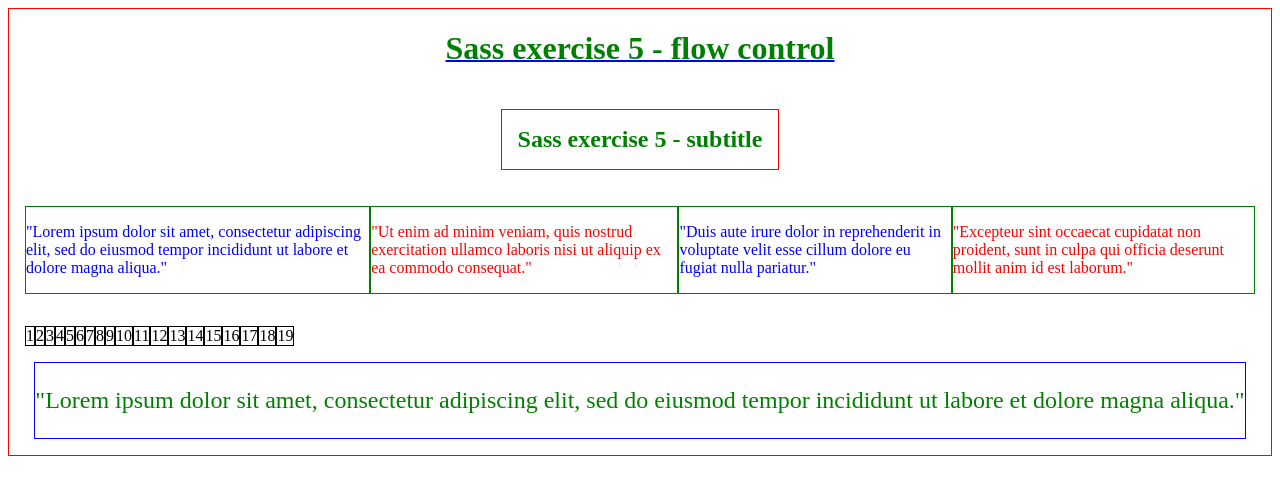
Repository: tr2cky/sass5
Page: index.html
An editor plug-in stored every save of this project. The page is shown before and after a run of saves, followed by the edit.
The browser window is 1280 px wide. The pictures show the whole page.
The style sheet was rebuilt from its Sass, Less or Tailwind sources for each picture, by a compiler version that may differ from the author's.

Above is the page before, as saved 2022-10-16 12:18:39.

After the next 8 saves:
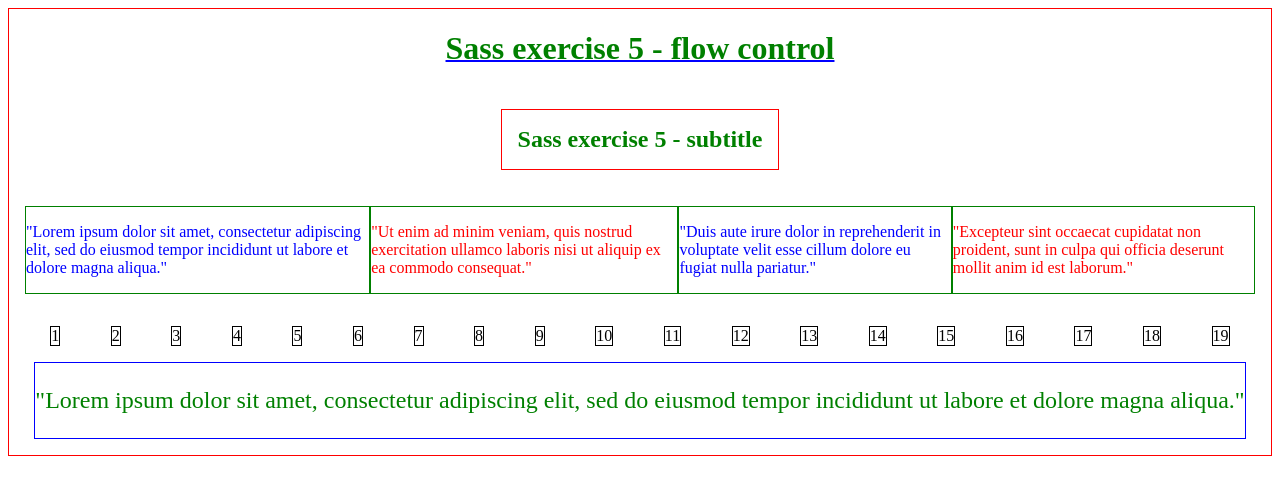
The 8 saves are shown as one change because they came seconds apart.
The last was saved 95 s later.
--- a/style.scss
+++ b/style.scss
@@ -5,7 +5,7 @@
 .numbers {
     grid-area: 4 / 1 / 5 / 5;
     display: flex;
-    justify-items: flex-end;
+    justify-content: space-around;
 
     & div {
         border: toRem(1) solid
